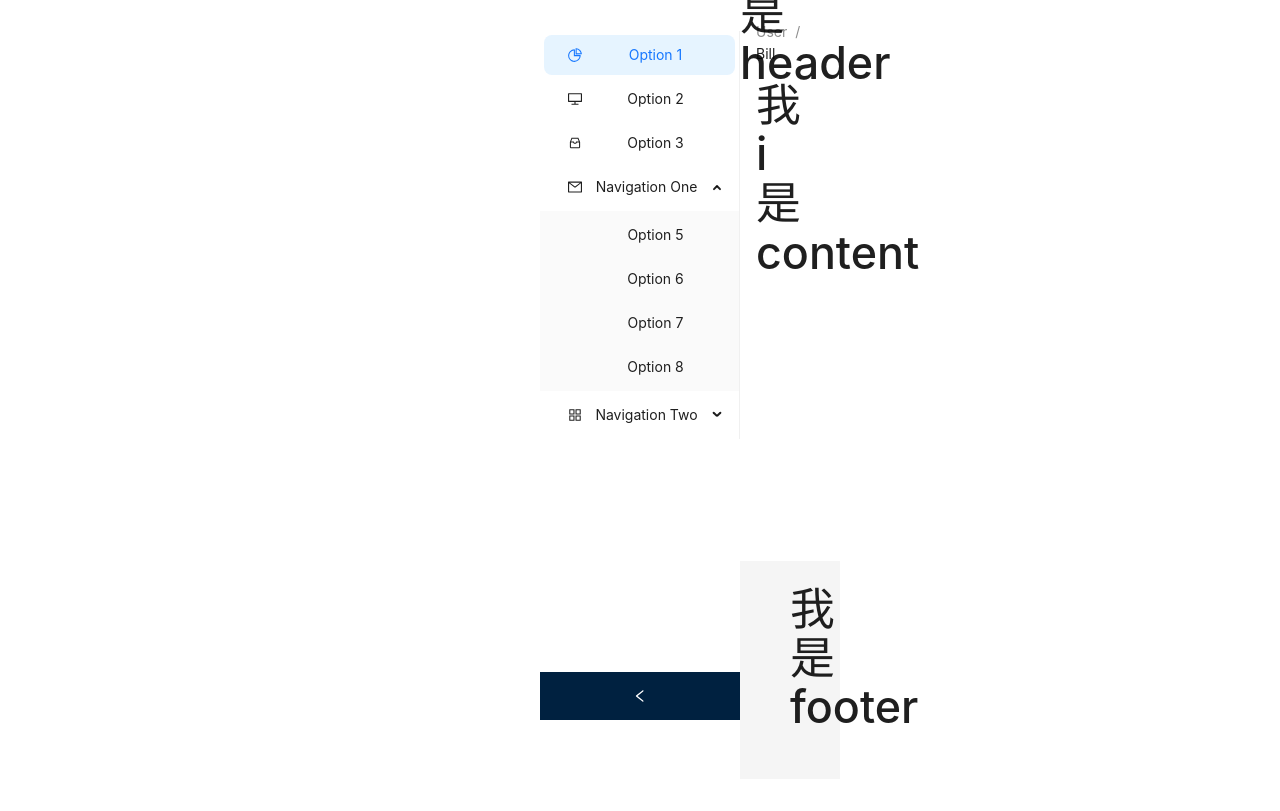
Repository: chenyl8848/chen-tool-collection
Page: /
An editor plug-in stored every save of this project. The page is shown before and after the next save, followed by the edit.
The browser window is 1280 px wide. The pictures show the whole page.
The project was rebuilt for these pictures with package versions that can differ from the ones it lists, and the page was loaded fresh each time. Also part of the build but not shown: vite.config.ts, src/components/HelloWorld.vue.

Above is the page before, as saved 2024-01-09 11:17:07.

After the next save:
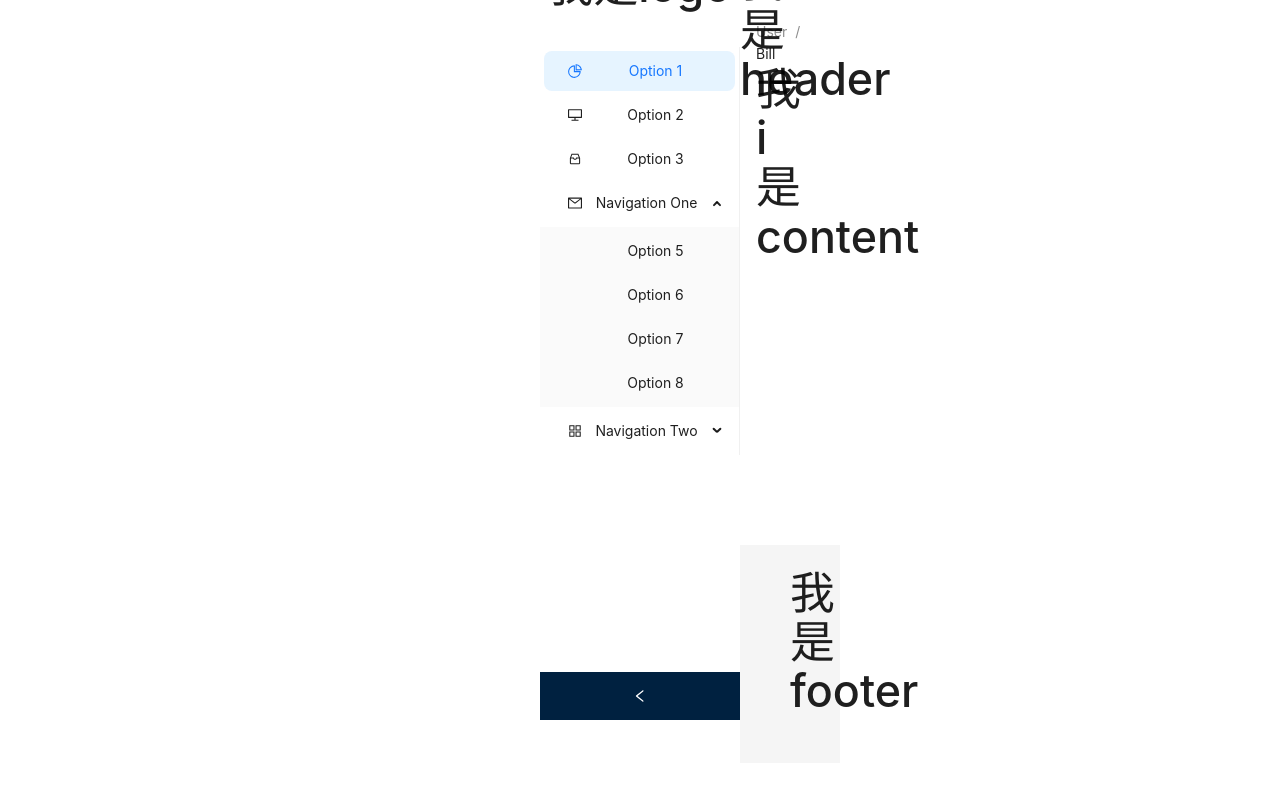
Saved 43 s later.
--- a/src/layout/content/breadcrumb.vue
+++ b/src/layout/content/breadcrumb.vue
@@ -1,6 +1,9 @@
 <template>
-    <a-breadcrumb style="margin: 16px 0">
+    <a-breadcrumb class="breadcrumb">
         <a-breadcrumb-item>User</a-breadcrumb-item>
         <a-breadcrumb-item>Bill</a-breadcrumb-item>
     </a-breadcrumb>
 </template>
+
+<style scoped>
+</style>

After the save that followed:
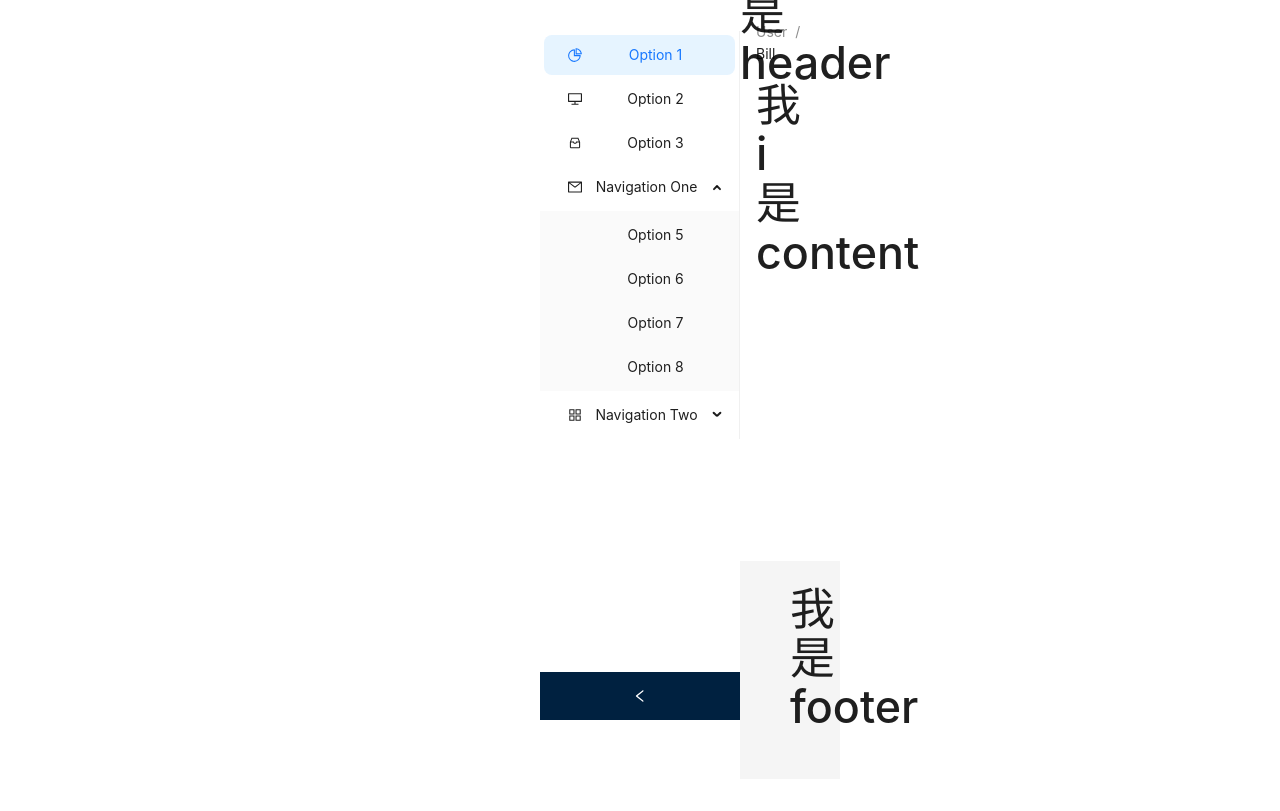
Saved 14 s later.
--- a/src/layout/content/breadcrumb.vue
+++ b/src/layout/content/breadcrumb.vue
@@ -6,4 +6,7 @@
 </template>
 
 <style scoped>
+.breadcrumb {
+    margin: 16px 0
+}
 </style>
